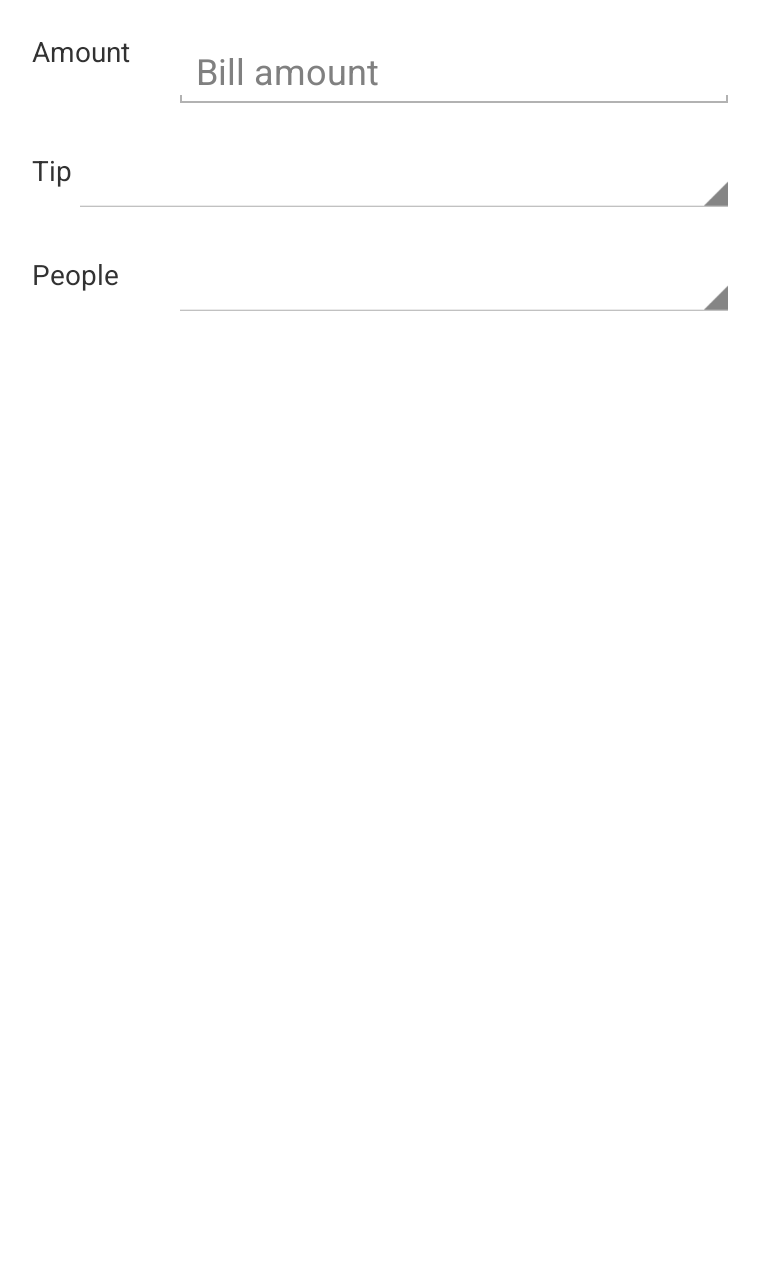
Repository: ericMedeiros93/Android-Dev
Layout: TipSplit/res/layout/activity_main.xml
An editor plug-in stored every save of this project. The layout is shown before and after the next save, followed by the edit.
It is drawn on a 768 x 1280 px phone screen (xhdpi) without system bars, with theme AppTheme; the app's code is not run.

Above is the layout before, as saved 2014-09-11 03:50:27.

### TipSplit/res/layout/activity_main.xml
<LinearLayout xmlns:android="http://schemas.android.com/apk/res/android"
    xmlns:tools="http://schemas.android.com/tools"
    android:layout_width="match_parent"
    android:layout_height="match_parent"
    android:orientation="vertical"
    android:paddingBottom="@dimen/activity_vertical_margin"
    android:paddingLeft="@dimen/activity_horizontal_margin"
    android:paddingRight="@dimen/activity_horizontal_margin"
    android:paddingTop="@dimen/activity_vertical_margin"
    tools:context="com.ericmedeiros.tipsplit.MainActivity" >

    <LinearLayout
        android:layout_width="match_parent"
        android:layout_height="wrap_content"
        android:paddingBottom="20dp" >

        <TextView
            android:layout_width="0dp"
            android:layout_height="wrap_content"
            android:layout_weight="1"
            android:layout_gravity="left"
            android:text="@string/amount_label" />

        <EditText
            android:layout_width="0dp"
            android:layout_height="wrap_content"
            android:layout_gravity="right"
            android:layout_weight="4"
            android:hint="@string/amount_hint"
            android:inputType="numberDecimal" />
    </LinearLayout>

    <LinearLayout
        android:layout_width="match_parent"
        android:layout_height="wrap_content"
        android:paddingBottom="20dp" >

        <TextView
            android:layout_width="wrap_content"
            android:layout_height="wrap_content"
            android:layout_gravity="left"
            android:text="@string/tip_label" />

        <Spinner
            android:id="@+id/tip_amounts"
            android:layout_width="0dp"
            android:layout_height="wrap_content"
            android:layout_gravity="right"
            android:layout_weight="4" />
    </LinearLayout>

    <LinearLayout
        android:layout_width="match_parent"
        android:layout_height="wrap_content"
            android:layout_gravity="left"
        android:paddingBottom="20dp" >

        <TextView
            android:layout_width="0dp"
            android:layout_height="wrap_content"
            android:layout_weight="1"
            android:text="@string/people_label" />

        <Spinner
            android:id="@+id/people_amount"
            android:layout_width="0dp"
            android:layout_height="wrap_content"
            android:layout_gravity="right"
            android:layout_weight="4" />
    </LinearLayout>

</LinearLayout>

### TipSplit/res/values/strings.xml
<?xml version="1.0" encoding="utf-8"?>
<resources>

    <string name="app_name">TipSplit</string>
    <string name="hello_world">Hello world!</string>
    <string name="action_settings">Settings</string>
    <string name="tip_label">Tip</string>
    <string name="amount_label">Amount</string>
    <string name="amount_hint">Bill amount</string>
    <string name="people_label">People</string>

    <string-array name="tip">
        <item>10%</item>
        <item>15%</item>
        <item>20%</item>
        <item>Other</item>
    </string-array>

    <string-array name="people">
        <item>1</item>
        <item>2</item>
        <item>3</item>
        <item>4</item>
        <item>5</item>
        <item>6</item>
        <item>7</item>
        <item>8</item>
        <item>9</item>
        <item>10</item>
    </string-array>

</resources>

Loaded but not shown: TipSplit/res/values/styles.xml (common file); TipSplit/res/values-v11/styles.xml (common file); TipSplit/res/values-v14/styles.xml (common file); TipSplit/res/values/dimens.xml (common file); TipSplit/res/values-w820dp/dimens.xml (common file)

After the next save:
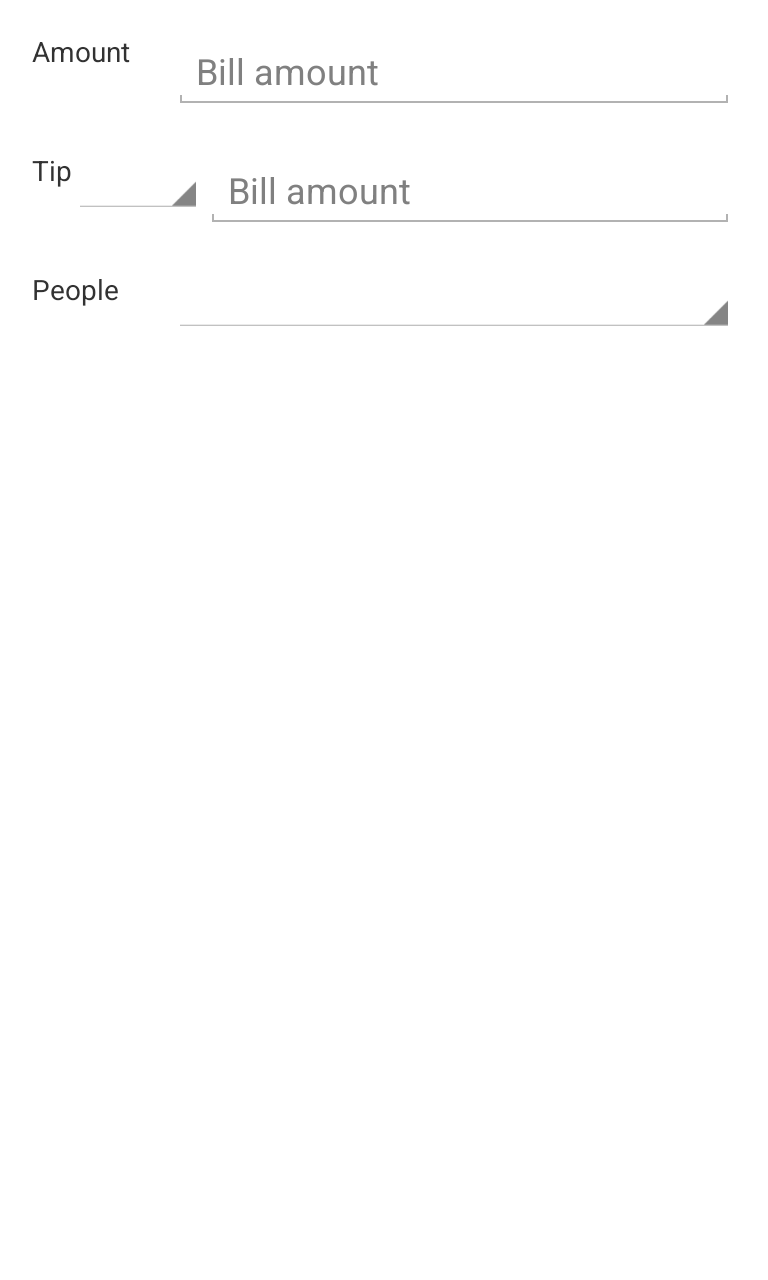
Saved 40 s later.
--- a/TipSplit/res/layout/activity_main.xml
+++ b/TipSplit/res/layout/activity_main.xml
@@ -46,7 +46,14 @@
             android:layout_width="0dp"
             android:layout_height="wrap_content"
             android:layout_gravity="right"
-            android:layout_weight="4" />
+            android:layout_weight="1" />
+        <EditText
+            android:layout_width="0dp"
+            android:layout_height="wrap_content"
+            android:layout_gravity="right"
+            android:layout_weight="4"
+            android:hint="@string/amount_hint"
+            android:inputType="numberDecimal" />
     </LinearLayout>
 
     <LinearLayout
